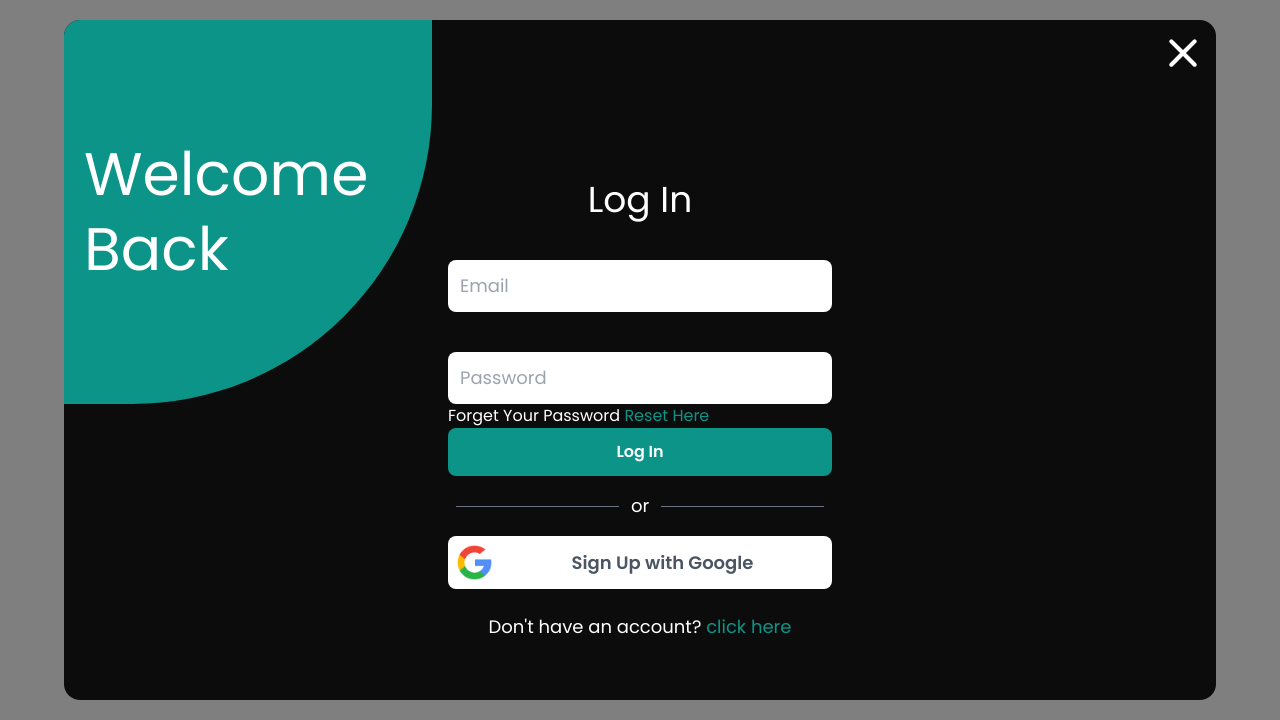
Repository: Ahmed77669/GT-Exams
Page: /
These files come from the project's save history. The page is drawn as it stood at one moment and after the next save; the edit follows.
The browser window is 1280 px wide. The pictures show the whole page.
The project was rebuilt for these pictures with package versions that can differ from the ones it lists, and the page was loaded fresh each time. The framework's server and built-in components were replaced by stand-ins that run in the browser. Also part of the build but not shown: next.config.mjs.

Above is the page before, as saved 2024-10-04 21:22:52.

After the next save:
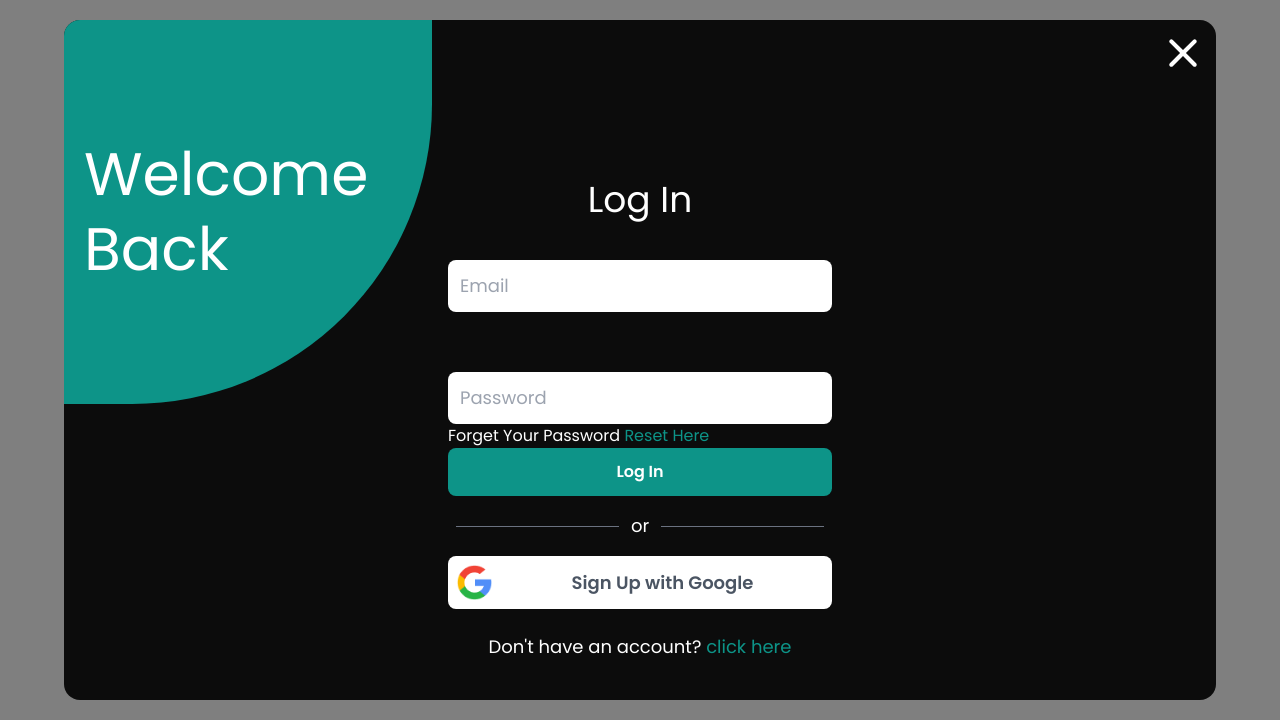
Saved 30 s later.
--- a/components/login.tsx
+++ b/components/login.tsx
@@ -56,9 +56,10 @@ const Login: React.FC<LoginProps> = ({ closeSignup, toggleForm }) => {
                   <input
                     type="password"
                     name="password"
-                    className="text-field w-96 text-lg p-3  rounded-lg text-black"
+                    className="text-field w-96 text-lg p-3  rounded-lg text-black mt-5"
                     placeholder="Password"
                     required
+
                   />
                   <div className='flex justify-start w-full'>
                                     <p className="text-m">
